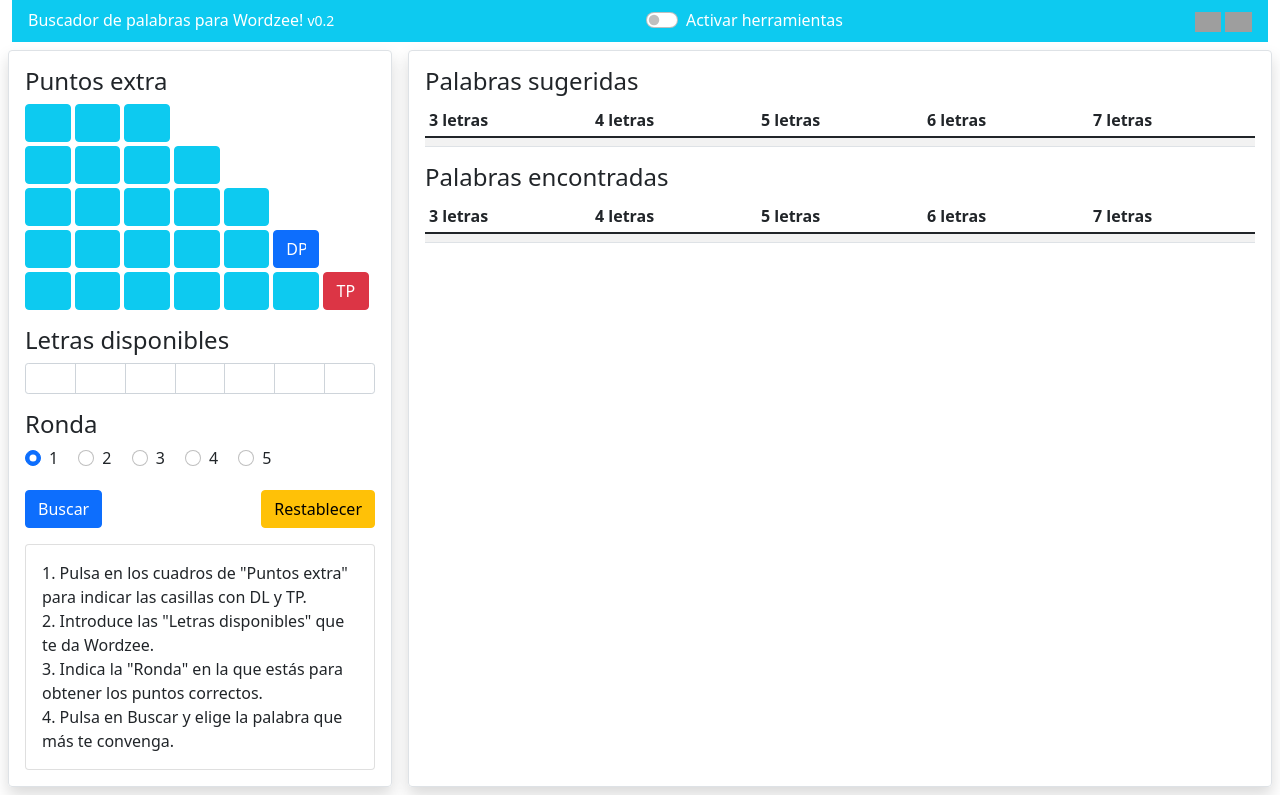
Repository: angelcafe/wordzee-bp_javascript
Page: index.html
An editor plug-in stored every save of this project. The page is shown before and after the next save, followed by the edit.
The browser window is 1280 px wide. The pictures show the whole page.
Pictures or frames that could not be fetched are drawn as grey boxes.

Above is the page before, as saved 2021-10-23 20:27:40.
Console error (its wording comes from the project's code and is left out).

After the next save:
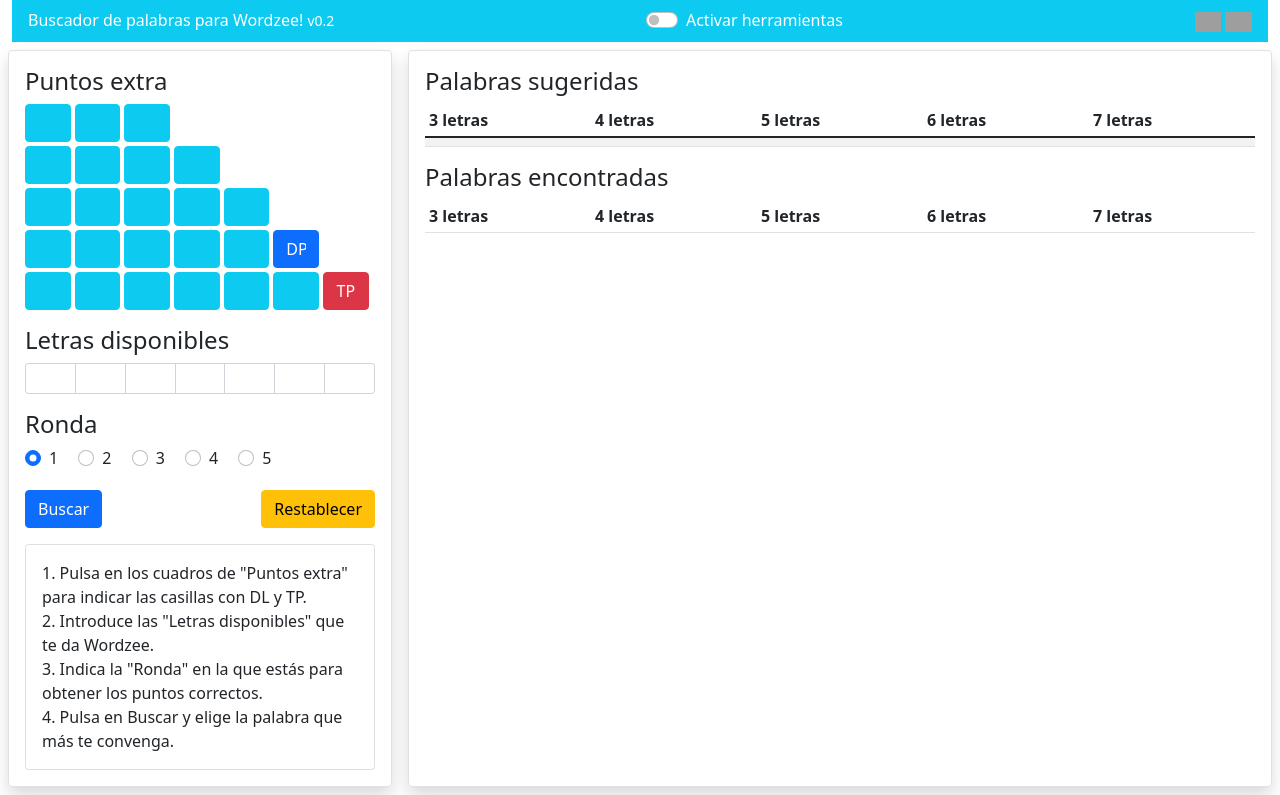
Saved 13 s later.
--- a/index.html
+++ b/index.html
@@ -207,15 +207,7 @@
                             <th>7 letras</th>
                         </tr>
                     </thead>
-                    <tbody id="idPalabrasEncontradas">
-                        <tr>
-                            <td class="menu palenc noselect"></td>
-                            <td class="menu palenc noselect"></td>
-                            <td class="menu palenc noselect"></td>
-                            <td class="menu palenc noselect"></td>
-                            <td class="menu palenc noselect"></td>
-                        </tr>
-                    </tbody>
+                    <tbody id="idPalabrasEncontradas"></tbody>
                 </table>
             </div>
         </div>
